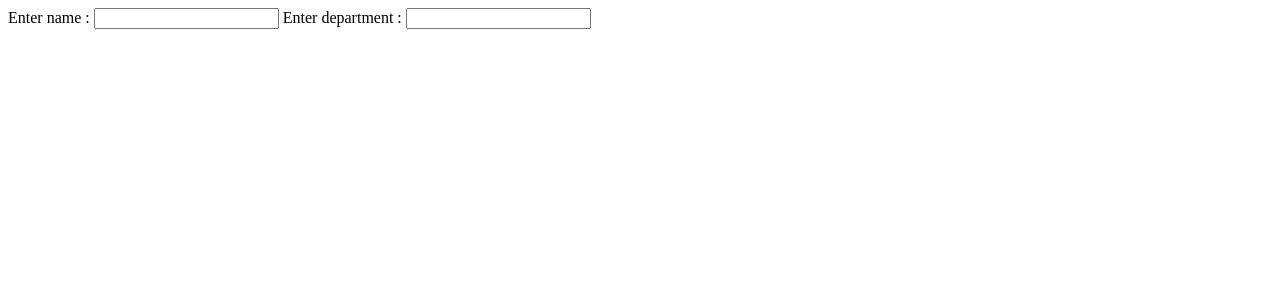
Repository: rajatgits/Wipro-Assignment
Page: http://localhost/EmployeeManagement/addEmployee.jsp
These files come from the project's save history. The page is drawn as it stood at one moment and after the next save; the edit follows.
The browser window is 1280 px wide. The pictures show the whole page.
The page is served by Tomcat 10.

Above is the page before, as saved 2025-02-03 12:38:23.

After the next save:
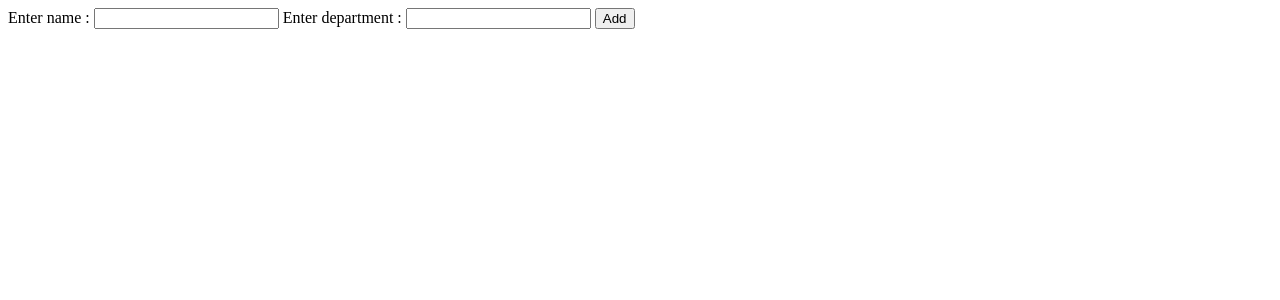
Saved 35 s later.
--- a/EmployeeManagement/src/main/webapp/addEmployee.jsp
+++ b/EmployeeManagement/src/main/webapp/addEmployee.jsp
@@ -9,7 +9,8 @@
 <body>
 	<form action="EmployeeServlet">
 	Enter name : <input type="text" name="name">
-	Enter department : <input type="text" name="department"
+	Enter department : <input type="text" name="department">
+	<input type="submit" value="Add">
 	</form>
 </body>
 </html>
